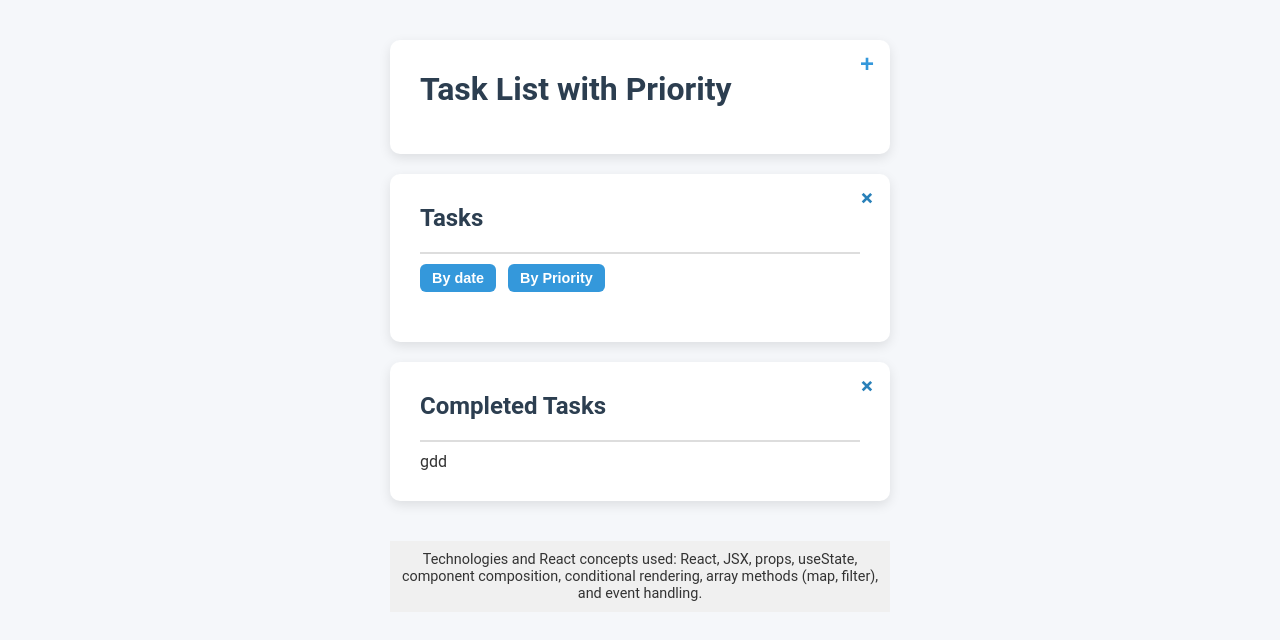
Repository: Lithium87/TaskList
Page: /
The author's editor kept a copy of each file at every save. The page is drawn from the files as they stood at one save, then again after a run of saves.
The browser window is 1280 px wide. The pictures show the whole page.
The project was rebuilt for these pictures with package versions that can differ from the ones it lists, and the page was loaded fresh each time. Also part of the build but not shown: vite.config.js.

Above is the page before, as saved 2025-07-09 17:03:47.

After the next 2 saves:
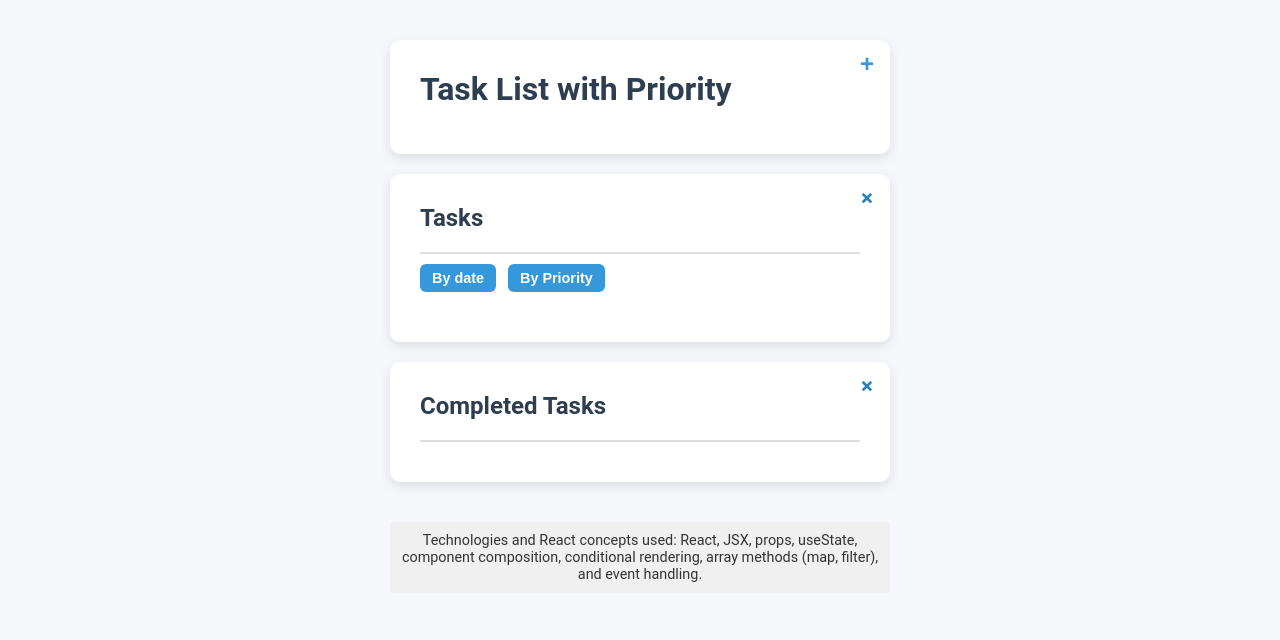
The 2 saves are shown as one change because 1 did not build or start.
The last was saved 2 min 5 s later.
--- a/src/App.jsx
+++ b/src/App.jsx
@@ -183,8 +183,15 @@ const TaskItem = ({task, deleteTask, completeTask}) => {
 const CompletedTaskList = ({completedTasks}) => {
   return (
     <ul className="completed-task-list">
-      {/* <TaskItem /> */}
-      gdd
+      {completedTasks.map (task => (
+        <TaskItem
+          key={task.id}
+          task={task}
+          deleteTask={() => {}}
+          completeTask={() => {}}
+          className="completed-task-item"
+        />
+      ))}
     </ul>
   );
 };
